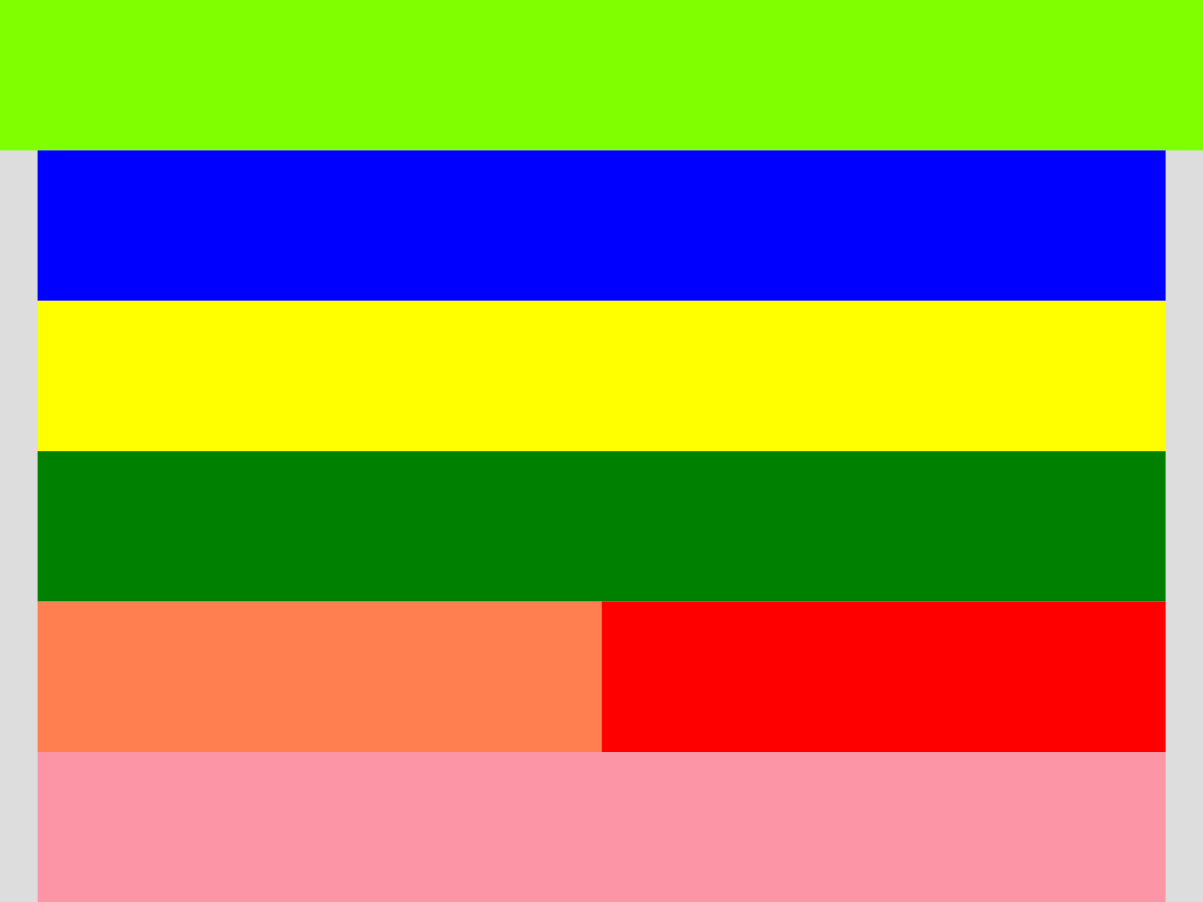
Repository: rafavirginio/clone-do-youtube
Page: index.html
The author's editor kept a copy of each file at every save. The page is drawn from the files as they stood at one save, then again after the next save.
The browser window is 1280 px wide. The pictures show the whole page, at 94% of full size.

Above is the page before, as saved 2020-09-28 18:14:24.

After the next save:
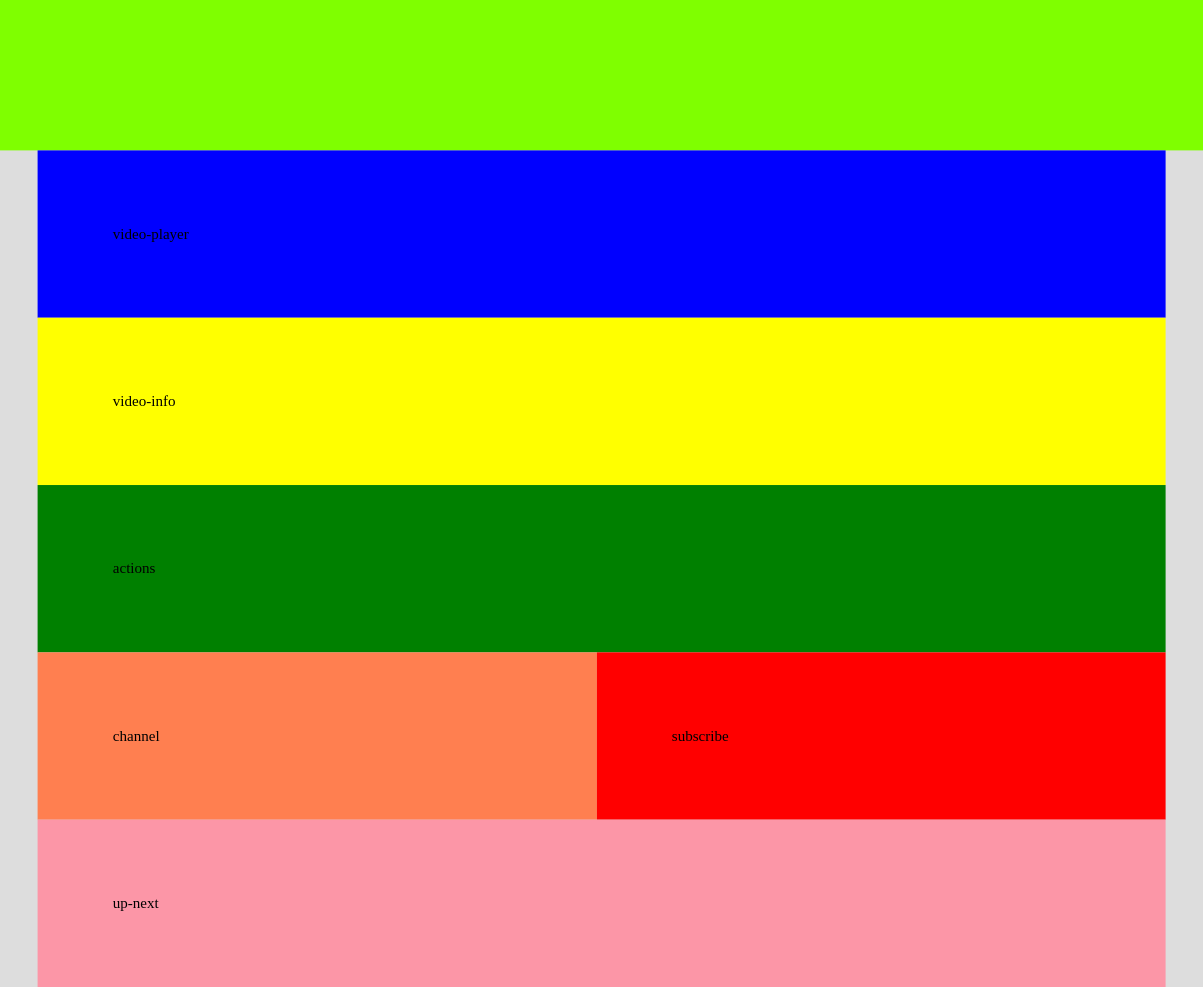
Saved 86 s later.
--- a/index.html
+++ b/index.html
@@ -11,13 +11,13 @@
 <body>
     <header></header>
     <main>
-        <section class="video-player"></section>
-        <section class="video-info"></section>
-        <section class="actions"></section>
-        <section class="channel"></section>
-        <section class="subscribe"></section>
+        <section class="video-player">video-player</section>
+        <section class="video-info">video-info</section>
+        <section class="actions">actions</section>
+        <section class="channel">channel</section>
+        <section class="subscribe">subscribe</section>
         <section class="ad"></section>
-        <section class="up-next"></section>
+        <section class="up-next">up-next</section>
     </main>
 
 
